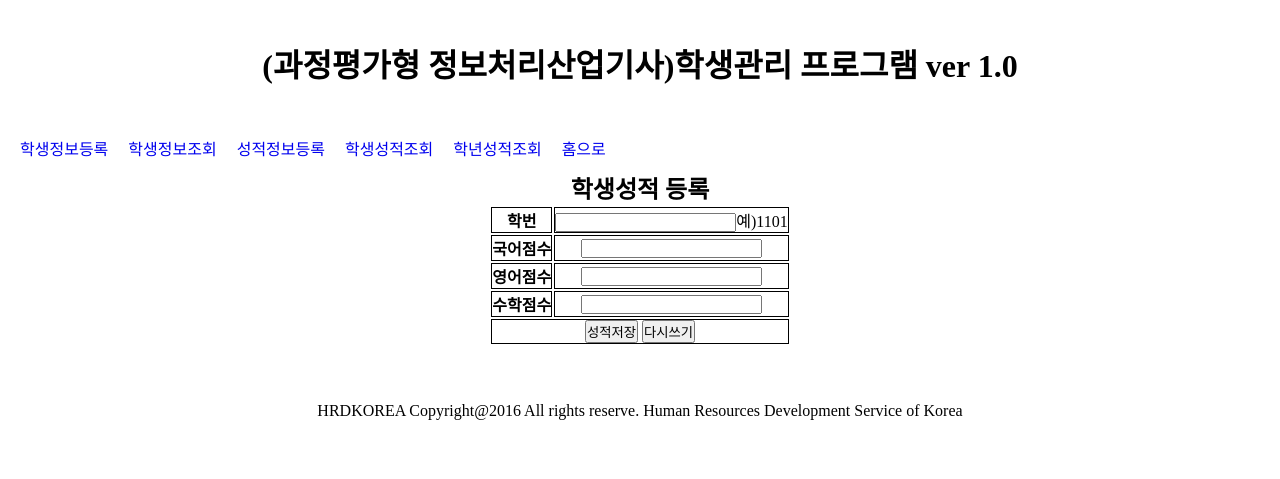
Repository: SeolhwaPark/JSL40_HRDKOREA
Page: http://localhost/HRD_0428_02/input.jsp
An editor plug-in stored every save of this project. The page is shown before and after the next save, followed by the edit.
The browser window is 1280 px wide. The pictures show the whole page.
The page is served by Tomcat 9. Other server files are loaded and not shown.

Above is the page before, as saved 2020-04-29 03:59:43.

### HRD_0428_02/WebContent/input.jsp
<%@ page language="java" contentType="text/html; charset=UTF-8"
    pageEncoding="UTF-8"%>
<%@ page import="java.util.* , model.*"%>


<!DOCTYPE html>
<html>
<head>
<meta charset="UTF-8">
<title>(과정평가형 정보처리산업기사)학생관리 프로그램 ver 1.0</title>

<style type="text/css">
*{padding:0;margin:0}
.logo{padding:40px 0;text-align:center;}
.navi{padding:10px 0;overflow:hidden}
.navi ul, li{padding:0 10px;float:left;list-style:none}
a{padding:20px 0;text-decoration:none; }

.title{text-align:center;}
.content{margin:0}
.content table{margin:0 auto}
.content table th, td{text-align:center;border: 1px solid}
.btn_group{text-align:center;}

.footer{padding:20px 0;}
.footer p{text-align:center;}
</style>
<script type="text/javascript">
function send() {
	if(insert.hakbun.value==""){
		alert("학번이 입력되지 않았습니다!");
		insert.hakbun.focus();
		return false;
	}
	if(insert.kor.value==""){
		alert("국어성적이 입력되지 않았습니다!");
		insert.kor.focus();
		return false;
	}
	if(insert.eng.value==""){
		alert("영어성적이 입력되지 않았습니다!");
		insert.eng.focus();
		return false;
	}
	if(insert.mat.value==""){
		alert("수학성적이 입력되지 않았습니다!");
		insert.mat.focus();
		return false;
	}
	alert("학생성적을 등록합니다!");
	insert.submit();
}
function del() {
	alert("입력된 모든 항목을 삭제합니다");
	insert.reset();
}
</script>

</head>
<body>

<div class="header">
	<header>
		<h1 class="logo">(과정평가형 정보처리산업기사)학생관리 프로그램 ver 1.0</h1>
		<nav class="navi">
		<ul>
				<li><a href="insert.jsp">학생정보등록</a></li>
				<li><a href="list.jsp">학생정보조회</a></li>
				<li><a href="input.jsp">성적정보등록</a></li>
				<li><a href="view.jsp">학생성적조회</a></li>
				<li><a href="view2.jsp">학년성적조회</a></li>
				<li><a href="index.jsp">홈으로</a></li>
			</ul>
		</nav>
	</header>
</div>
<div class="section">
	<section>
		<h2 class="title">학생성적 등록</h2>
		<div class="content">

			<form name="insert" method="post" action="input_pro.jsp">
				<table>
					<tr>
						<th>학번</th>
						<td><input type="text" name="hakbun" value="">예)1101</td>
					</tr>
					<tr>
						<th>국어점수</th>
						<td><input type="text" name="kor" value=""></td>
					</tr>
					<tr>
						<th>영어점수</th>
						<td><input type="text" name="eng" value=""></td>
					</tr>
					<tr>
						<th>수학점수</th>
						<td><input type="text" name="mat" value=""></td>
					</tr>

					<tr>
						<td colspan="2" class="btn_group">
						<input type="button" value="성적저장" onClick="send()">
						<input type="button" value="다시쓰기" onClick="del()"></td>
					</tr>

				</table>
			</form>
			<br><br>
		</div>

	</section>
</div>
<div class="footer">
	<footer>
		<p>HRDKOREA Copyright@2016 All rights reserve. Human Resources Development Service of Korea</p>
	</footer>
</div>
</body>
</html>

After the next save:
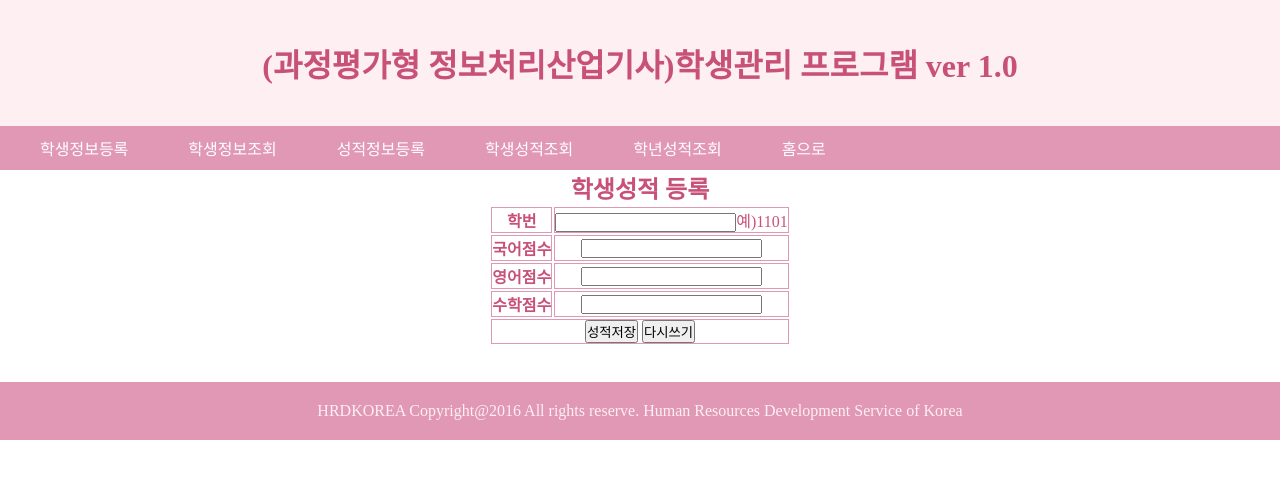
Saved 36 s later.
--- a/HRD_0428_02/WebContent/input.jsp
+++ b/HRD_0428_02/WebContent/input.jsp
@@ -11,19 +11,20 @@
 
 <style type="text/css">
 *{padding:0;margin:0}
-.logo{padding:40px 0;text-align:center;}
-.navi{padding:10px 0;overflow:hidden}
+.logo{padding:40px 0;text-align:center;color:#c85179; background-color:#fdeff2}
+.navi{padding:10px 0;overflow:hidden; background-color:#e198b4}
 .navi ul, li{padding:0 10px;float:left;list-style:none}
-a{padding:20px 0;text-decoration:none; }
+a{padding:20px;text-decoration:none; color:#fff}
 
+.section{color:#c85179;}
 .title{text-align:center;}
-.content{margin:0}
+.content{margin:0 auto}
 .content table{margin:0 auto}
-.content table th, td{text-align:center;border: 1px solid}
+.content table th, td{text-align:center;color:#c85179; border: 1px solid #e198b4}
 .btn_group{text-align:center;}
 
-.footer{padding:20px 0;}
-.footer p{text-align:center;}
+.footer{padding:20px 0;background-color:#e198b4}
+.footer p{text-align:center;color:#fdeff2;}
 </style>
 <script type="text/javascript">
 function send() {
